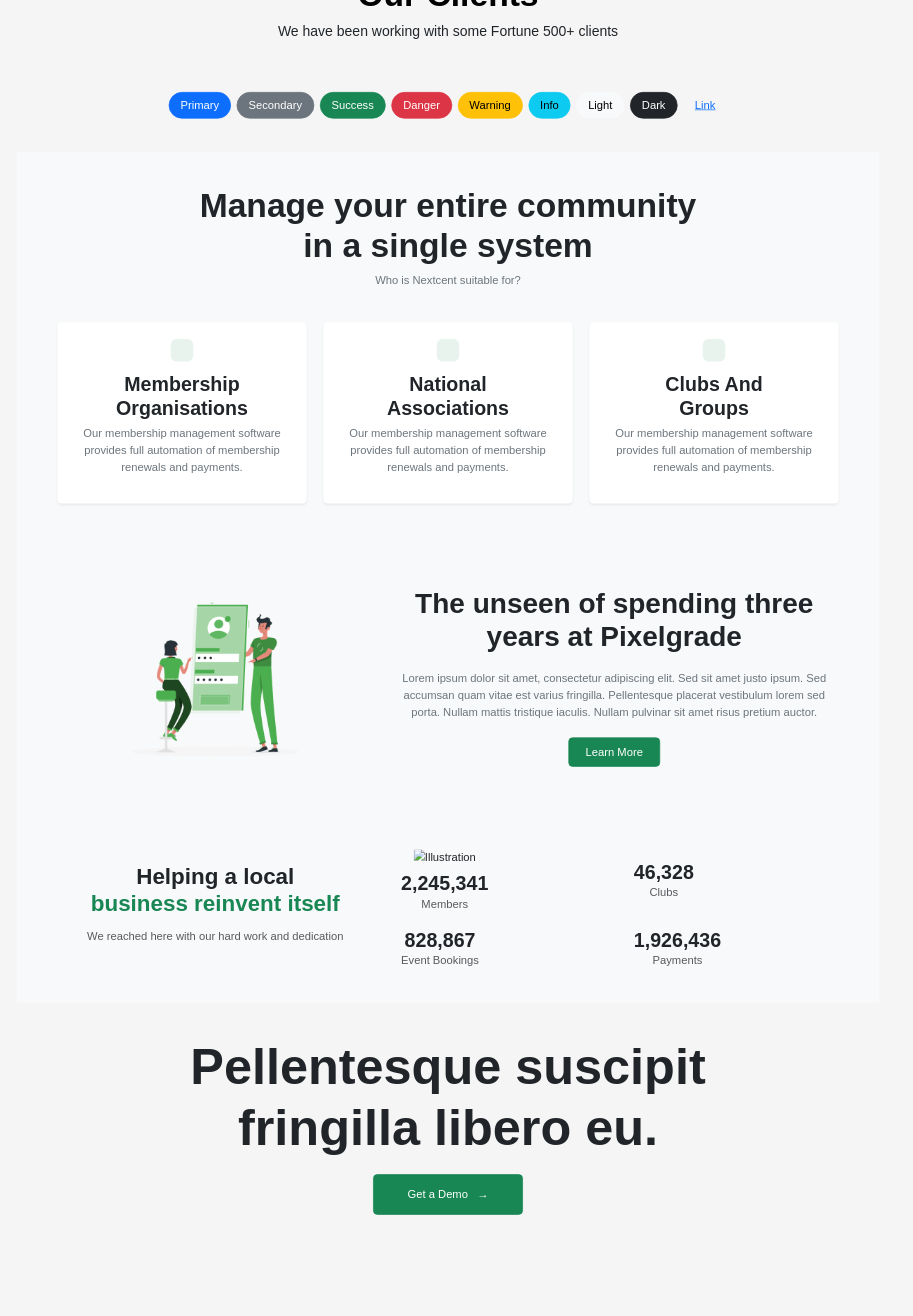
Repository: Laibaaa10/Bootstrap1
Page: index.html
An editor plug-in stored every save of this project. The page is shown before and after the next save, followed by the edit.
The browser window is 1280 px wide. The page is 1304 px wide, so the pictures cover 1304 px, including what lies to the right of the window. The pictures show the part of the page from y = 948 to 2828 px (the page is 2828 px tall), at 70% of full size.

Above is the page before, as saved 2026-06-18 07:52:05.
Not found: images/Frame 36.png

### index.html
<!DOCTYPE html>
<html lang="en">

<head>
    <meta charset="UTF-8">
    <meta name="viewport" content="width=device-width, initial-scale=1.0">
    <title>Navbar</title>
    <link href="https://cdn.jsdelivr.net/npm/bootstrap@5.3.3/dist/css/bootstrap.min.css" rel="stylesheet">
    <link rel="stylesheet" href="style.css">
</head>

<body>
    <!-- Navbar start  -->

    <nav class="navbar navbar-expand-lg custom-navbar">
        <div class="container">


            <a class="navbar-brand d-flex align-items-center w-" href="#">
                <img src="./images/Logo (1).png" alt="Logo" class="logo">
            </a>



            <button class="navbar-toggler" type="button" data-bs-toggle="collapse" data-bs-target="#navbarContent">
                <span class="navbar-toggler-icon"></span>
            </button>

            <div class="collapse navbar-collapse" id="navbarContent">

                <ul class="navbar-nav mx-auto mb-2 mb-lg-0">
                    <li class="nav-item">
                        <a class="nav-link active" href="#">Home</a>
                    </li>
                    <li class="nav-item">
                        <a class="nav-link" href="#">Features</a>
                    </li>
                    <li class="nav-item">
                        <a class="nav-link" href="#">Community</a>
                    </li>
                    <li class="nav-item">
                        <a class="nav-link" href="#">Blog</a>
                    </li>
                    <li class="nav-item">
                        <a class="nav-link" href="#">Pricing</a>
                    </li>
                </ul>
                <a href="#" class="btn register-btn">
                    Register Now →
                </a>

            </div>
        </div>
    </nav>
    <!-- Navbar end -->

    <!-- Hero section start  -->

    <div class="row flex-lg-row-reverse align-items-center g-5 py-5">
        <div class="col-10 col-sm-8 col-lg-6"> <img src="./images/Illustration.png" class="d-block mx-lg-auto img-fluid"
                alt="Bootstrap Themes" width="700" height="500" loading="lazy"> </div>
        <div class="col-lg-6">
            <h1 class="display-5 fw-bold text-body-emphasis lh-1 mb-3">Lessons and insights</h1>
            <h1 class="display-5 fw-bold text-body-emphasis lh-1 mb-3 bg">from 8 years</h1>
            <p class="lead">where to grow your business as a photographer: site or social media</p>
            <div class="d-grid gap-2 d-md-flex justify-content-md-start"> <button type="button"
                    class="btn btn-outline-secondary btn-lg px-4 bgcolor">Register</button> </div>
        </div>
    </div>

    <div class="px-4 py-5 my-5 text-center">
        <h1 class="display-5 fw-bold text-body-emphasis">Our Clients</h1>
        <div class="col-lg-6 mx-auto">
            <p class="lead mb-4">We have been working with some Fortune 500+ clients</p>
        </div>
        <div class="d-flex gap-2 justify-content-center py-5"> <button class="btn btn-primary rounded-pill px-3"
                type="button">Primary</button> <button class="btn btn-secondary rounded-pill px-3"
                type="button">Secondary</button> <button class="btn btn-success rounded-pill px-3"
                type="button">Success</button> <button class="btn btn-danger rounded-pill px-3"
                type="button">Danger</button> <button class="btn btn-warning rounded-pill px-3"
                type="button">Warning</button> <button class="btn btn-info rounded-pill px-3"
                type="button">Info</button> <button class="btn btn-light rounded-pill px-3" type="button">Light</button>
            <button class="btn btn-dark rounded-pill px-3" type="button">Dark</button> <button
                class="btn btn-link rounded-pill px-3" type="button">Link</button> </div>


             <section class="py-5 bg-light">
    <div class="container">

        <div class="text-center mb-5">
            <h1 class="fw-bold display-5 text-dark">
                Manage your entire community <br>
                in a single system
            </h1>

            <p class="text-secondary">
                Who is Nextcent suitable for?
            </p>
        </div>

        <div class="row g-4">
            <div class="col-md-4">
                <div class="card border-0 shadow-sm h-100 text-center p-4">

                    <div class="mx-auto bg-success bg-opacity-10 rounded-3 p-3 mb-3">
                        <i class="bi bi-people fs-2 text-success"></i>
                    </div>

                    <h3 class="fw-bold">
                        Membership <br> Organisations
                    </h3>

                    <p class="text-secondary">
                        Our membership management software provides full automation of membership renewals and payments.
                    </p>

                </div>
            </div>
            <div class="col-md-4">
                <div class="card border-0 shadow-sm h-100 text-center p-4">

                    <div class="mx-auto bg-success bg-opacity-10 rounded-3 p-3 mb-3">
                        <i class="bi bi-building fs-2 text-success"></i>
                    </div>

                    <h3 class="fw-bold">
                        National <br> Associations
                    </h3>

                    <p class="text-secondary">
                        Our membership management software provides full automation of membership renewals and payments.
                    </p>

                </div>
            </div>
            <div class="col-md-4">
                <div class="card border-0 shadow-sm h-100 text-center p-4">

                    <div class="mx-auto bg-success bg-opacity-10 rounded-3 p-3 mb-3">
                        <i class="bi bi-diagram-3 fs-2 text-success"></i>
                    </div>

                    <h3 class="fw-bold">
                        Clubs And <br> Groups
                    </h3>

                    <p class="text-secondary">
                        Our membership management software provides full automation of membership renewals and payments.
                    </p>

                </div>
            </div>

        </div>

    </div>
</section>

<section class="bg-light py-5">
    <div class="container">
        <div class="row align-items-center">
            <div class="col-lg-5 text-center mb-4 mb-lg-0">
                <img src="./images/Frame 35.png" alt="Illustration"
                     class="img-fluid">
            </div>

            <div class="col-lg-7">
                <h1 class="fw-bold text-dark mb-4">
                    The unseen of spending three years at Pixelgrade
                </h1>

                <p class="text-secondary mb-4">
                    Lorem ipsum dolor sit amet, consectetur adipiscing elit.
                    Sed sit amet justo ipsum. Sed accumsan quam vitae est
                    varius fringilla. Pellentesque placerat vestibulum lorem
                    sed porta. Nullam mattis tristique iaculis. Nullam pulvinar
                    sit amet risus pretium auctor.
                </p>

                <button class="btn btn-success px-4 py-2">
                    Learn More
                </button>
            </div>

        </div>
    </div>
</section>

<!-- Stats Section Start -->
<section class="bg-light py-5">
    <div class="container">
        <div class="row align-items-center">

            <div class="col-lg-5">
                <h2 class="fw-bold text-dark">
                    Helping a local <br>
                    <span class="text-success">business reinvent itself</span>
                </h2>
                <p class="text-muted mt-3">
                    We reached here with our hard work and dedication
                </p>
            </div>
            <div class="col-lg-7">
                <div class="row g-4">

                    <div class="col-md-6 d-flex align-items-center">
                        <i class="fa-solid fa-users text-success fs-1 me-3"></i>
                        <div>
                            <img src="./images/Frame 36.png" alt="Illustration" class="img-fluid mb-2">
                            <h3 class="fw-bold mb-0">2,245,341</h3>
                            <p class="text-muted mb-0">Members</p>
                        </div>
                    </div>

                    <div class="col-md-6 d-flex align-items-center">
                        <i class="fa-solid fa-handshake text-success fs-1 me-3"></i>
                        <div>
                            <h3 class="fw-bold mb-0">46,328</h3>
                            <p class="text-muted mb-0">Clubs</p>
                        </div>
                    </div>

                    <div class="col-md-6 d-flex align-items-center">
                        <i class="fa-solid fa-calendar-check text-success fs-1 me-3"></i>
                        <div>
                            <h3 class="fw-bold mb-0">828,867</h3>
                            <p class="text-muted mb-0">Event Bookings</p>
                        </div>
                    </div>

                    <div class="col-md-6 d-flex align-items-center">
                        <i class="fa-regular fa-credit-card text-success fs-1 me-3"></i>
                        <div>
                            <h3 class="fw-bold mb-0">1,926,436</h3>
                            <p class="text-muted mb-0">Payments</p>
                        </div>
                    </div>

                </div>
            </div>

        </div>
    </div>
</section>
<!-- Stats Section End -->

<!--Demo Section Start-->
<section class="py-5 text-center">
    <div class="container">
        <h1 class="display-2 fw-bold text-dark mb-4">
            Pellentesque suscipit <br>
            fringilla libero eu.
        </h1>

        <button class="btn btn-success px-5 py-3">
            Get a Demo &nbsp; →
        </button>
    </div>
</section>
<!--Demo Section End-->

</body>
</html>
        <script src="https://cdn.jsdelivr.net/npm/bootstrap@5.3.3/dist/js/bootstrap.bundle.min.js"></script>

</body>

</html>

### style.css
body {
    margin: 0;
    background: #f5f5f5;
    font-family: Arial, sans-serif;
}

.custom-navbar {
    background: #ffffff;
    padding: 12px 0;
    box-shadow: 0 1px 5px rgba(0,0,0,0.05);
}

.logo {
    height: 45px;
    width: auto;
}

.navbar-nav .nav-link {
    color: #333;
    font-size: 15px;
    font-weight: 500;
    margin: 0 12px;
    transition: 0.3s;
}

.navbar-nav .nav-link:hover,
.navbar-nav .nav-link.active {
    color: #28a745;
}

.register-btn {
    background: #4CAF50;
    color: #fff;
    padding: 10px 24px;
    border-radius: 4px;
    font-size: 14px;
    font-weight: 500;
    text-decoration: none;
    transition: 0.3s;
}

.register-btn:hover {
    background: #43a047;
    color: #fff;
}

@media (max-width: 991px) {
    .navbar-nav {
        text-align: center;
        padding: 15px 0;
    }

    .register-btn {
        display: block;
        width: fit-content;
        margin: 15px auto 0;
    }
}
.bgcolor{
    background-color: #4CAF4F;
    text-decoration: none;
    color: white;
}

After the next save:
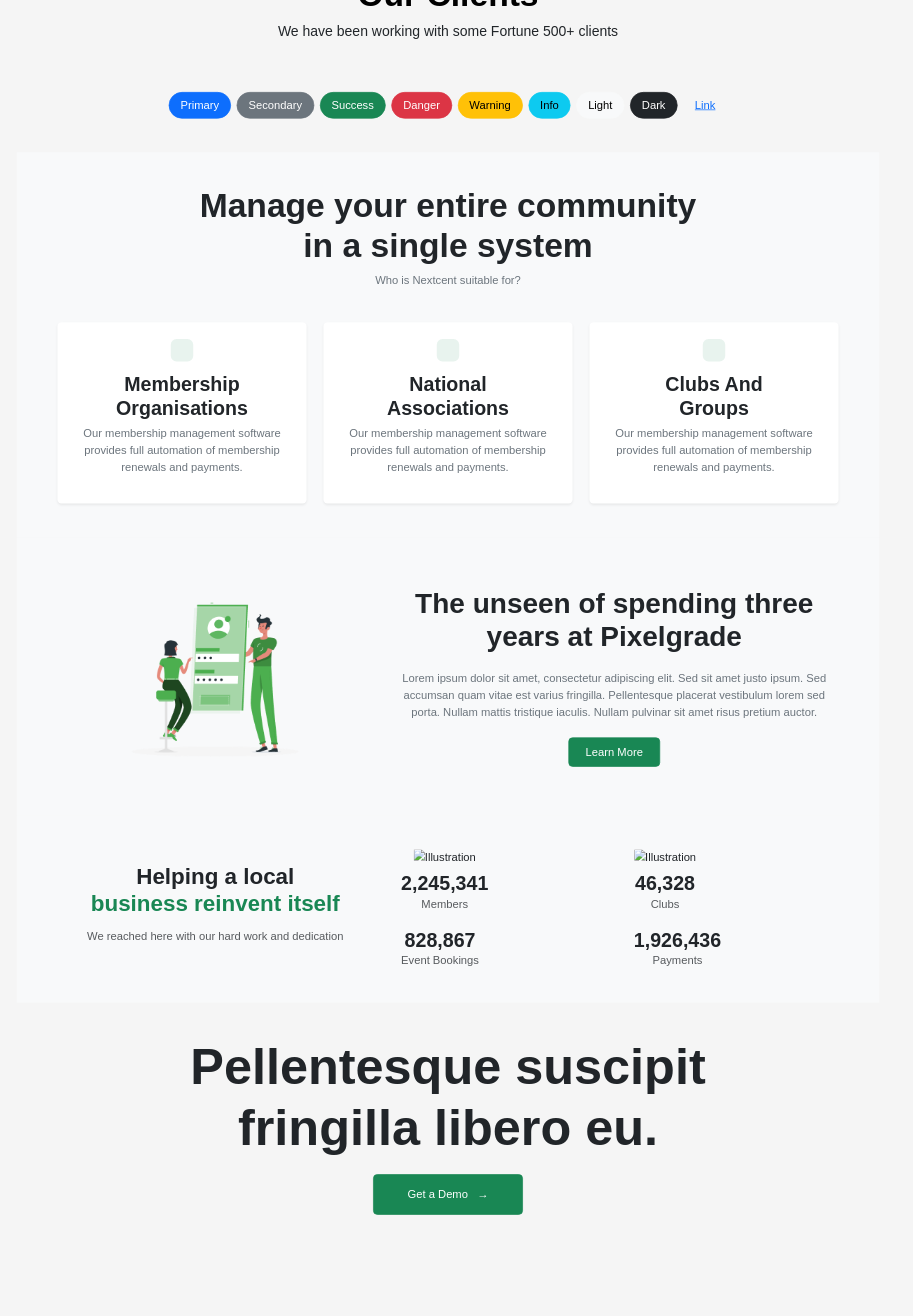
Not found: images/Frame 37.png
Saved 9 s later.
--- a/index.html
+++ b/index.html
@@ -215,6 +215,7 @@
                     <div class="col-md-6 d-flex align-items-center">
                         <i class="fa-solid fa-handshake text-success fs-1 me-3"></i>
                         <div>
+                            <img src="./images/Frame 37.png" alt="Illustration" class="img-fluid mb-2">
                             <h3 class="fw-bold mb-0">46,328</h3>
                             <p class="text-muted mb-0">Clubs</p>
                         </div>
